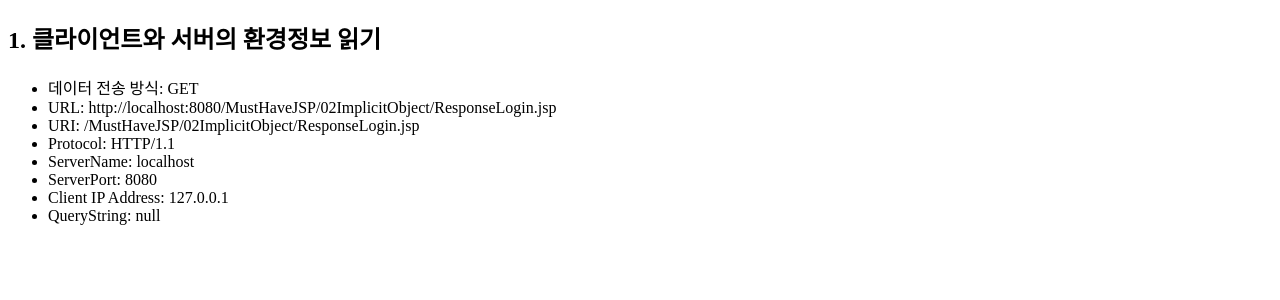
Repository: Jadedvst/JSP-Servlet
Page: http://localhost/MustHaveJSP/02ImplicitObject/ResponseLogin.jsp
An editor plug-in stored every save of this project. The page is shown before and after the next save, followed by the edit.
The browser window is 1280 px wide. The pictures show the whole page.
The page is served by Tomcat 9.

Above is the page before, as saved 2023-12-11 02:52:46.

### MustHaveJSP/src/main/webapp/02ImplicitObject/ResponseLogin.jsp
<%@ page language="java" contentType="text/html; charset=UTF-8"
    pageEncoding="UTF-8"%>
<!DOCTYPE html>
<html>
<head>
<meta charset="UTF-8">
<title>내장 객체 - request</title>
</head>
<body>
<h2>1. 클라이언트와 서버의 환경정보 읽기</h2>
<ul>
	<li>데이터 전송 방식: <%= request.getMethod()%></li>
	<li>URL: <%= request.getRequestURL()%></li>
	<li>URI: <%= request.getRequestURI()%></li>
	<li>Protocol: <%= request.getProtocol()%> </li>
	<li>ServerName: <%= request.getServerName()%> </li>
	<li>ServerPort: <%= request.getServerPort()%> </li>
	<li>Client IP Address: <%= request.getRemoteAddr()%> </li>
	<li>QueryString: <%= request.getQueryString()%> </li><%--
	<li>Sent Value 1: <%= request.getParameter("eng")%> </li>
	<li>Sent Value 2: <%= request.getParameter("han")%> </li> --%>
</ul>
</body>
</html>

After the next save:
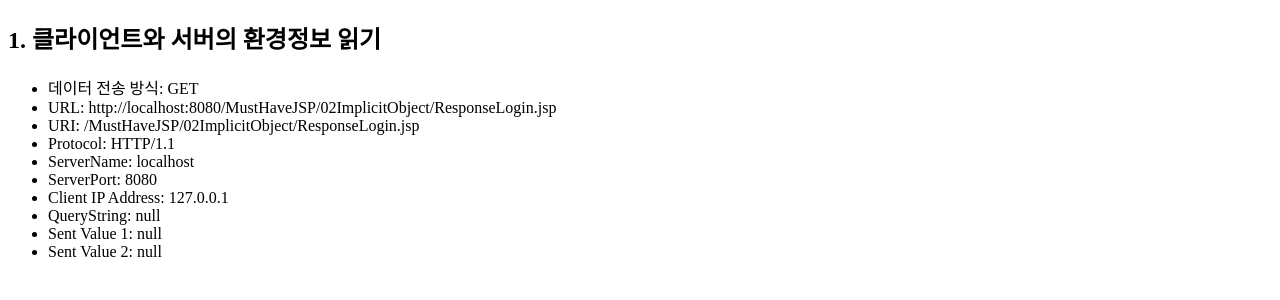
Saved 7 s later.
--- a/MustHaveJSP/src/main/webapp/02ImplicitObject/ResponseLogin.jsp
+++ b/MustHaveJSP/src/main/webapp/02ImplicitObject/ResponseLogin.jsp
@@ -16,9 +16,9 @@
 	<li>ServerName: <%= request.getServerName()%> </li>
 	<li>ServerPort: <%= request.getServerPort()%> </li>
 	<li>Client IP Address: <%= request.getRemoteAddr()%> </li>
-	<li>QueryString: <%= request.getQueryString()%> </li><%--
+	<li>QueryString: <%= request.getQueryString()%> </li>
 	<li>Sent Value 1: <%= request.getParameter("eng")%> </li>
-	<li>Sent Value 2: <%= request.getParameter("han")%> </li> --%>
+	<li>Sent Value 2: <%= request.getParameter("han")%> </li>
 </ul>
 </body>
 </html>
